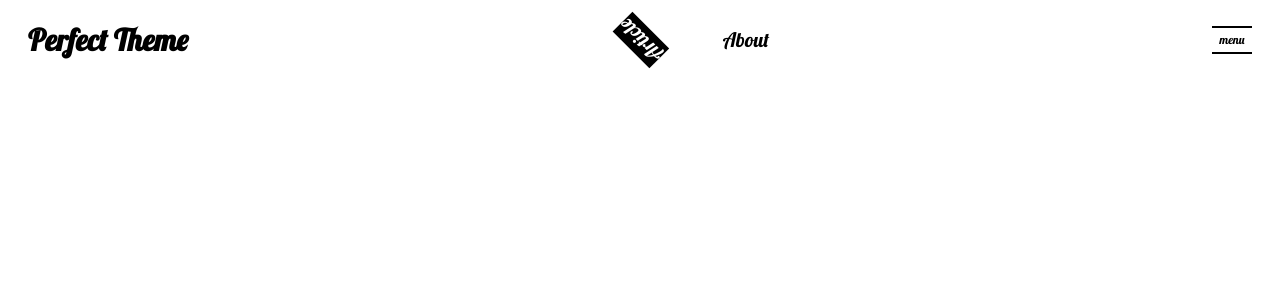
Repository: hsumyatm7308/laravel-blog
Page: blogweb/resources/views/blog/headerlayout.html
These files come from the project's save history. The page is drawn as it stood at one moment and after the next save; the edit follows.
The browser window is 1280 px wide. The pictures show the whole page.
Some web libraries are served in a nearby version.

Above is the page before, as saved 2023-09-04 15:36:34.

After the next save:
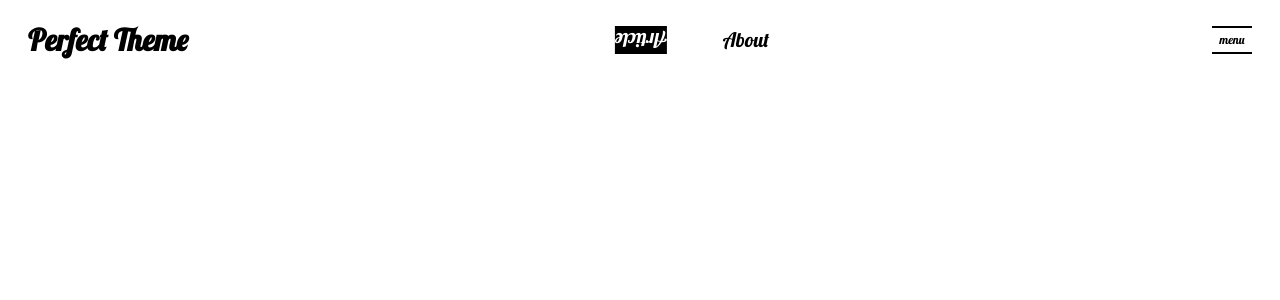
Saved 16 s later.
--- a/blogweb/resources/views/blog/headerlayout.html
+++ b/blogweb/resources/views/blog/headerlayout.html
@@ -20,7 +20,7 @@
 
         <div class="w-[80%] h-20 flex justify-center items-center">
             <div class="flex justify-center items-center list-none">
-                <li class="p-5 mr-4 transform rotate-45">
+                <li class="p-5 mr-4">
                     <div class="bg-black transform rotate-180">
                         <a href="" class="text-xl text-white">Article</a>
                     </div>
